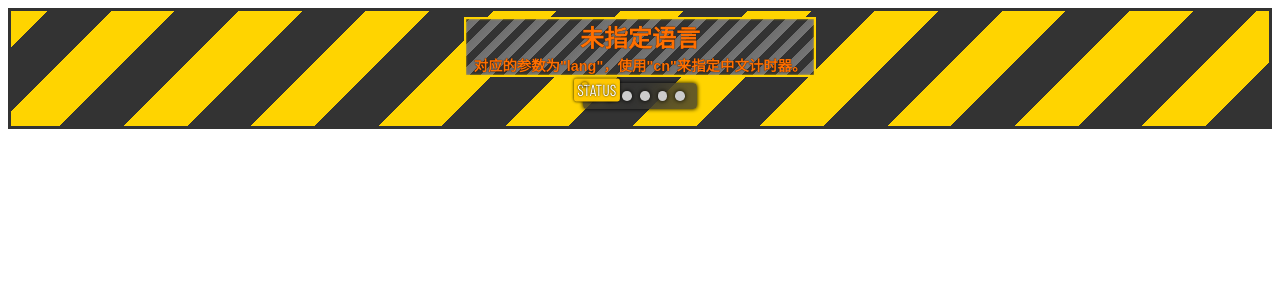
Repository: cirisus/ArknighTimer
Page: timer.html
These files come from the project's save history. The page is drawn as it stood at one moment and after the next save; the edit follows.
The browser window is 1280 px wide. The pictures show the whole page.
Some web fonts or font styles are not loaded; a fallback is used.

Above is the page before, as saved 2024-03-09 16:11:47.

After the next save:
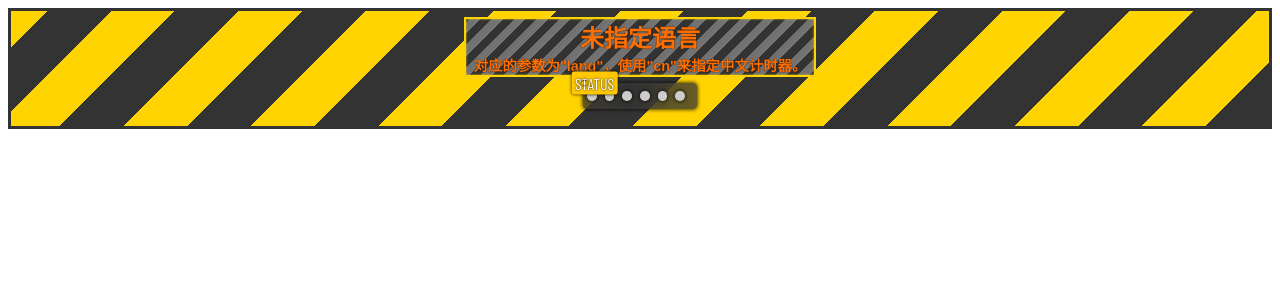
Saved 80 s later.
--- a/timer.css
+++ b/timer.css
@@ -92,7 +92,7 @@
     border-radius: 0.15em;
     background-color: #ffc700;
     z-index: 1;
-    transform: translate(-20%,-20%);
+    transform: translate(-25%,-50%);
     box-shadow: 0 0 3px 0px black;
     padding: 2px 3px;
     align-items: center;
@@ -111,7 +111,7 @@
     height: fit-content;
     border-radius: 0.15em;
     z-index: 1;
-    transform: translate(-20%,-20%);
+    transform: translate(-25%,-50%);
     box-shadow: 0 0 3px 0px black;
     padding: 2px 3px;
     align-items: center;
